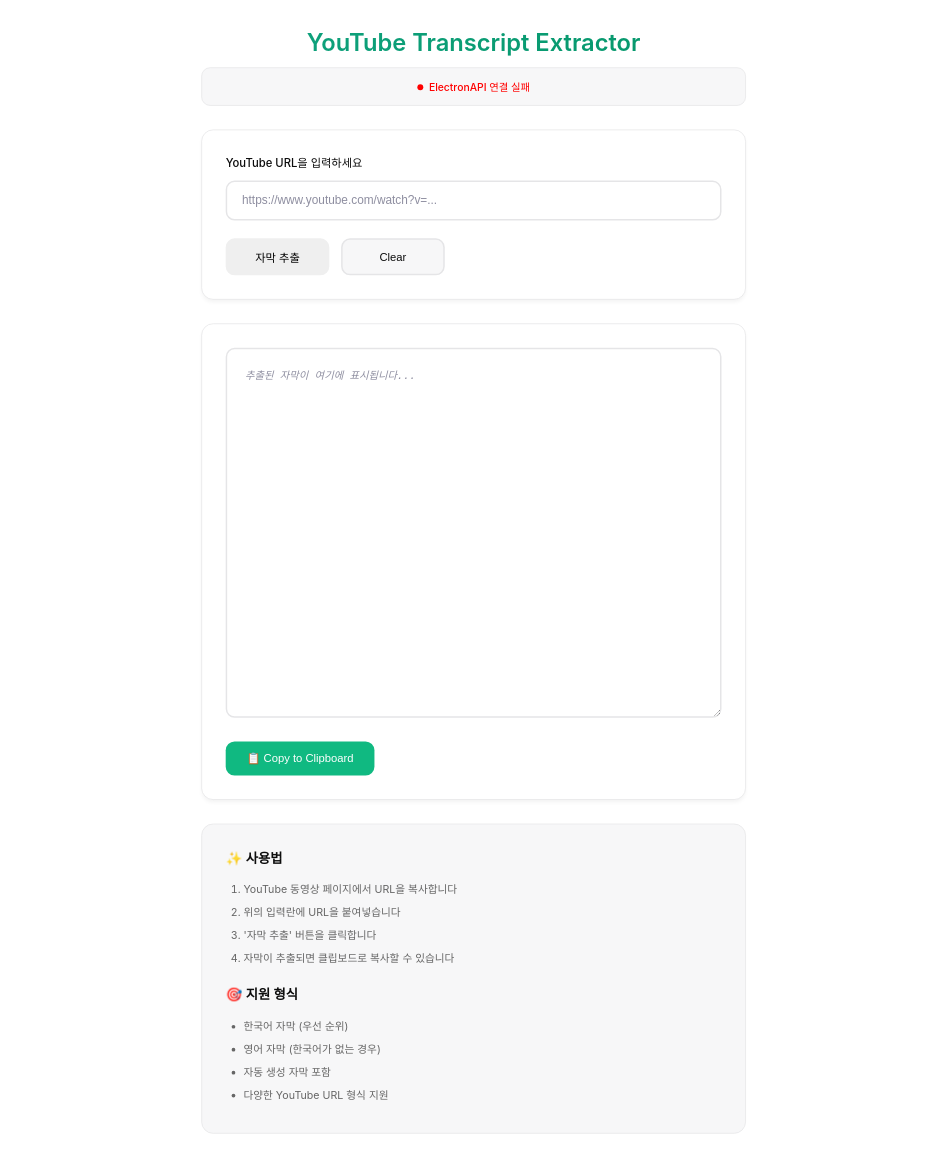
Repository: jaeu-choi/yt-transcript-extract
Page: Frontend/index.html
The author's editor kept a copy of each file at every save. The page is drawn from the files as they stood at one save, then again after the next save.
The browser window is 1280 px wide. The pictures show the whole page, at 74% of full size.

Above is the page before, as saved 2025-06-18 13:51:41.
Console error: TypeError: Cannot read properties of null (reading 'addEventListener')

### Frontend/index.html
<!DOCTYPE html>
<html lang="ko">
  <head>
    <meta charset="UTF-8" />
    <meta name="viewport" content="width=device-width, initial-scale=1.0" />
    <title>YouTube Transcript Extractor</title>
    <link rel="stylesheet" href="index.css" />
  </head>
  <body>
    <div class="container">
      <h1>YouTube Transcript Extractor</h1>

      <!-- 서버 상태 표시 -->
      <div class="status-bar">
        <span id="server-status" style="color: orange"> 서버 연결 중... </span>
      </div>

      <div class="input-section">
        <label for="url-input-form">YouTube URL을 입력하세요</label>
        <input
          type="url"
          id="url-input-form"
          placeholder="https://www.youtube.com/watch?v=..."
          required
        />
        <div class="button-group">
          <button id="submit-btn">자막 추출</button>
          <button id="clear-btn">Clear</button>
        </div>
      </div>

      <!-- 로딩 표시 -->
      <div id="loading" style="display: none">
        <div class="loading-spinner"></div>
        <p>자막을 추출하고 있습니다. 잠시만 기다려주세요...</p>
      </div>

      <!-- 결과 표시 -->
      <div id="result">
        <textarea
          id="codeArea"
          rows="20"
          cols="100"
          placeholder="추출된 자막이 여기에 표시됩니다..."
        ></textarea>
        <button onclick="copyToClipboard()">📋 Copy to Clipboard</button>
      </div>

      <!-- 사용법 안내 -->
      <div class="help-section">
        <h3>✨ 사용법</h3>
        <ol>
          <li>YouTube 동영상 페이지에서 URL을 복사합니다</li>
          <li>위의 입력란에 URL을 붙여넣습니다</li>
          <li>'자막 추출' 버튼을 클릭합니다</li>
          <li>자막이 추출되면 클립보드로 복사할 수 있습니다</li>
        </ol>

        <h3>🎯 지원 형식</h3>
        <ul>
          <li>한국어 자막 (우선 순위)</li>
          <li>영어 자막 (한국어가 없는 경우)</li>
          <li>자동 생성 자막 포함</li>
          <li>다양한 YouTube URL 형식 지원</li>
        </ul>
      </div>
    </div>

    <script src="index.js"></script>
  </body>
</html>

### Frontend/index.css
/* ChatGPT 스타일 CSS */
:root {
  /* Light theme colors */
  --bg-primary: #ffffff;
  --bg-secondary: #f7f7f8;
  --bg-tertiary: #ffffff;
  --text-primary: #0d0d0d;
  --text-secondary: #666666;
  --text-muted: #8e8ea0;
  --border-color: #e5e5e7;
  --accent-color: #10a37f;
  --accent-hover: #0d8b6d;
  --danger-color: #ef4444;
  --warning-color: #f59e0b;
  --success-color: #10b981;
  --info-color: #3b82f6;
  --shadow: rgba(0, 0, 0, 0.05);
  --shadow-hover: rgba(0, 0, 0, 0.1);
}

@media (prefers-color-scheme: dark) {
  :root {
    --bg-primary: #212121;
    --bg-secondary: #2f2f2f;
    --bg-tertiary: #424242;
    --text-primary: #ececf1;
    --text-secondary: #c5c5d2;
    --text-muted: #8e8ea0;
    --border-color: #4d4d4f;
    --accent-color: #10a37f;
    --accent-hover: #0ea270;
    --shadow: rgba(0, 0, 0, 0.3);
    --shadow-hover: rgba(0, 0, 0, 0.4);
  }
}

* {
  margin: 0;
  padding: 0;
  box-sizing: border-box;
}

body {
  font-family: -apple-system, BlinkMacSystemFont, "Segoe UI", "Roboto",
    sans-serif;
  background: var(--bg-primary);
  color: var(--text-primary);
  line-height: 1.6;
  transition: all 0.3s ease;
  min-height: 100vh;
}

.container {
  max-width: 800px;
  margin: 0 auto;
  padding: 2rem;
  min-height: 100vh;
  display: flex;
  flex-direction: column;
}

/* Header */
h1 {
  font-size: 2rem;
  font-weight: 600;
  text-align: center;
  margin-bottom: 0.5rem;
  background: linear-gradient(135deg, var(--accent-color), #059669);
  -webkit-background-clip: text;
  -webkit-text-fill-color: transparent;
  background-clip: text;
}

/* Status Bar */
.status-bar {
  text-align: center;
  margin-bottom: 2rem;
  padding: 0.75rem;
  background: var(--bg-secondary);
  border-radius: 12px;
  border: 1px solid var(--border-color);
}

#server-status {
  font-size: 0.875rem;
  font-weight: 500;
  display: inline-flex;
  align-items: center;
  gap: 0.5rem;
}

#server-status::before {
  content: "";
  width: 8px;
  height: 8px;
  border-radius: 50%;
  background: currentColor;
  display: inline-block;
}

/* Input Section */
.input-section {
  background: var(--bg-tertiary);
  padding: 2rem;
  border-radius: 16px;
  border: 1px solid var(--border-color);
  box-shadow: 0 4px 6px -1px var(--shadow);
  margin-bottom: 2rem;
  transition: all 0.3s ease;
}

.input-section:hover {
  box-shadow: 0 8px 15px -3px var(--shadow-hover);
}

label {
  display: block;
  font-weight: 500;
  margin-bottom: 0.75rem;
  color: var(--text-primary);
  font-size: 0.95rem;
}

#url-input-form {
  width: 100%;
  padding: 1rem 1.25rem;
  border: 2px solid var(--border-color);
  border-radius: 12px;
  font-size: 1rem;
  background: var(--bg-primary);
  color: var(--text-primary);
  transition: all 0.3s ease;
  margin-bottom: 1.5rem;
  outline: none;
}

#url-input-form:focus {
  border-color: var(--accent-color);
  box-shadow: 0 0 0 3px rgba(16, 163, 127, 0.1);
}

#url-input-form::placeholder {
  color: var(--text-muted);
}

/* Language Selection Section */
#language-selection {
  margin-top: 2rem;
  padding-top: 2rem;
  border-top: 1px solid var(--border-color);
  animation: slideIn 0.3s ease-out;
}

@keyframes slideIn {
  from {
    opacity: 0;
    transform: translateY(-10px);
  }
  to {
    opacity: 1;
    transform: translateY(0);
  }
}

#language-select {
  width: 100%;
  padding: 1rem 1.25rem;
  border: 2px solid var(--border-color);
  border-radius: 12px;
  font-size: 1rem;
  background: var(--bg-primary);
  color: var(--text-primary);
  transition: all 0.3s ease;
  margin-bottom: 1rem;
  outline: none;
  cursor: pointer;
}

#language-select:focus {
  border-color: var(--accent-color);
  box-shadow: 0 0 0 3px rgba(16, 163, 127, 0.1);
}

#language-select option {
  background: var(--bg-primary);
  color: var(--text-primary);
  padding: 0.5rem;
}

/* Button Styles */
.button-group {
  display: flex;
  gap: 1rem;
  flex-wrap: wrap;
}

button {
  padding: 0.875rem 1.75rem;
  border: none;
  border-radius: 12px;
  font-size: 0.95rem;
  font-weight: 500;
  cursor: pointer;
  transition: all 0.3s ease;
  outline: none;
  position: relative;
  overflow: hidden;
  min-width: 140px;
}

#check-languages-btn {
  background: var(--info-color);
  color: white;
  flex: 1;
}

#check-languages-btn:hover:not(:disabled) {
  background: #2563eb;
  transform: translateY(-1px);
  box-shadow: 0 4px 12px rgba(59, 130, 246, 0.3);
}

#check-languages-btn:disabled {
  background: var(--text-muted);
  cursor: not-allowed;
  transform: none;
  box-shadow: none;
}

#extract-btn {
  background: var(--accent-color);
  color: white;
  flex: 1;
}

#extract-btn:hover:not(:disabled) {
  background: var(--accent-hover);
  transform: translateY(-1px);
  box-shadow: 0 4px 12px rgba(16, 163, 127, 0.3);
}

#extract-btn:disabled {
  background: var(--text-muted);
  cursor: not-allowed;
  transform: none;
  box-shadow: none;
}

#clear-btn {
  background: var(--bg-secondary);
  color: var(--text-primary);
  border: 2px solid var(--border-color);
}

#clear-btn:hover {
  background: var(--border-color);
  transform: translateY(-1px);
}

/* Loading */
#loading {
  text-align: center;
  padding: 3rem 2rem;
  background: var(--bg-tertiary);
  border-radius: 16px;
  border: 1px solid var(--border-color);
  margin-bottom: 2rem;
}

.loading-spinner {
  width: 32px;
  height: 32px;
  border: 3px solid var(--border-color);
  border-top: 3px solid var(--accent-color);
  border-radius: 50%;
  animation: spin 1s linear infinite;
  margin: 0 auto 1rem;
}

@keyframes spin {
  0% {
    transform: rotate(0deg);
  }
  100% {
    transform: rotate(360deg);
  }
}

#loading p {
  color: var(--text-secondary);
  font-size: 0.95rem;
}

/* Result Section */
#result {
  background: var(--bg-tertiary);
  padding: 2rem;
  border-radius: 16px;
  border: 1px solid var(--border-color);
  box-shadow: 0 4px 6px -1px var(--shadow);
  margin-bottom: 2rem;
  flex: 1;
}

#result-header {
  margin-bottom: 1.5rem;
  padding-bottom: 1rem;
  border-bottom: 1px solid var(--border-color);
}

#result-header h3 {
  font-size: 1.25rem;
  font-weight: 600;
  margin-bottom: 0.5rem;
  color: var(--text-primary);
}

#current-language {
  font-size: 0.875rem;
  color: var(--text-secondary);
  background: var(--bg-secondary);
  padding: 0.5rem 1rem;
  border-radius: 8px;
  display: inline-block;
}

#codeArea {
  width: 100%;
  min-height: 300px;
  padding: 1.5rem;
  border: 2px solid var(--border-color);
  border-radius: 12px;
  font-family: "SF Mono", Monaco, "Cascadia Code", "Roboto Mono", Consolas,
    "Courier New", monospace;
  font-size: 0.875rem;
  line-height: 1.6;
  background: var(--bg-primary);
  color: var(--text-primary);
  resize: vertical;
  outline: none;
  transition: all 0.3s ease;
  margin-bottom: 1.5rem;
}

#codeArea:focus {
  border-color: var(--accent-color);
  box-shadow: 0 0 0 3px rgba(16, 163, 127, 0.1);
}

#codeArea::placeholder {
  color: var(--text-muted);
  font-style: italic;
}

/* Copy Button */
button[onclick="copyToClipboard()"] {
  background: var(--success-color);
  color: white;
  width: auto;
  min-width: 160px;
}

button[onclick="copyToClipboard()"]:hover {
  background: #059669;
  transform: translateY(-1px);
  box-shadow: 0 4px 12px rgba(16, 185, 129, 0.3);
}

/* Help Section */
.help-section {
  background: var(--bg-secondary);
  padding: 2rem;
  border-radius: 16px;
  border: 1px solid var(--border-color);
  margin-top: auto;
}

.help-section h3 {
  font-size: 1.125rem;
  font-weight: 600;
  margin-bottom: 1rem;
  color: var(--text-primary);
}

.help-section ol {
  margin-left: 1.5rem;
  margin-bottom: 1.5rem;
}

.help-section ul {
  margin-left: 1.5rem;
}

.help-section li {
  margin-bottom: 0.5rem;
  color: var(--text-secondary);
  font-size: 0.9rem;
}

/* Responsive */
@media (max-width: 640px) {
  .container {
    padding: 1rem;
  }

  h1 {
    font-size: 1.75rem;
  }

  .input-section,
  #result,
  .help-section {
    padding: 1.5rem;
  }

  .button-group {
    flex-direction: column;
  }

  button {
    width: 100%;
  }
}

/* Smooth transitions */
* {
  transition: background-color 0.3s ease, border-color 0.3s ease,
    color 0.3s ease;
}

/* Focus styles for accessibility */
button:focus-visible,
input:focus-visible,
textarea:focus-visible,
select:focus-visible {
  outline: 2px solid var(--accent-color);
  outline-offset: 2px;
}

/* Selection colors */
::selection {
  background: rgba(16, 163, 127, 0.2);
  color: var(--text-primary);
}

### Frontend/index.js
let currentServerPort = null;
let isServerReady = false;
let availableLanguages = [];
let currentVideoUrl = "";

// 로딩 상태 표시/숨김
function showLoading(
  show,
  message = "자막을 추출하고 있습니다. 잠시만 기다려주세요..."
) {
  const loading = document.getElementById("loading");
  const loadingMessage = document.getElementById("loading-message");
  if (show) {
    loading.style.display = "block";
    loadingMessage.textContent = message;
  } else {
    loading.style.display = "none";
  }
}

// 서버 상태 업데이트
function updateServerStatus(message, color) {
  const statusElement = document.getElementById("server-status");
  statusElement.textContent = message;
  statusElement.style.color = color;
}

// 버튼 상태 업데이트
function updateButtonState(buttonId, enabled, text) {
  const btn = document.getElementById(buttonId);
  if (btn) {
    btn.disabled = !enabled;
    btn.textContent = text;
  }
}

// 언어 선택 섹션 표시/숨김
function showLanguageSelection(show) {
  const languageSection = document.getElementById("language-selection");
  if (show) {
    languageSection.style.display = "block";
  } else {
    languageSection.style.display = "none";
  }
}

// 결과 헤더 업데이트
function updateResultHeader(show, languageName = "") {
  const resultHeader = document.getElementById("result-header");
  const currentLanguage = document.getElementById("current-language");

  if (show && languageName) {
    resultHeader.style.display = "block";
    currentLanguage.textContent = `언어: ${languageName}`;
  } else {
    resultHeader.style.display = "none";
  }
}

// 언어 선택 드롭다운 업데이트
function updateLanguageSelect(languages) {
  const select = document.getElementById("language-select");
  const extractBtn = document.getElementById("extract-btn");

  // 기존 옵션 제거 (첫 번째 기본 옵션 제외)
  while (select.children.length > 1) {
    select.removeChild(select.lastChild);
  }

  // 새 언어 옵션 추가
  languages.forEach((lang) => {
    const option = document.createElement("option");
    option.value = lang.code;
    option.textContent = lang.display_name;
    select.appendChild(option);
  });

  // 언어 선택 변경 이벤트
  select.onchange = function () {
    extractBtn.disabled = !this.value;
  };

  availableLanguages = languages;
  showLanguageSelection(true);
}

// 서버 포트 설정 함수
function setServerPort(port) {
  currentServerPort = port;
  isServerReady = true;
  console.log(`🔗 Server port set to: ${port}`);

  updateServerStatus(`서버 연결됨 (포트: ${port})`, "green");
  updateButtonState("check-languages-btn", true, "언어 확인");
}

// Electron API 확인 및 설정
if (typeof window.electronAPI !== "undefined") {
  console.log("✅ ElectronAPI available");

  // 서버 포트 정보 수신
  window.electronAPI.onServerPort((port) => {
    setServerPort(port);
  });

  // 페이지 로드 후 서버 포트 요청
  window.addEventListener("load", () => {
    console.log("🌐 Page loaded, requesting server port...");
    setTimeout(() => {
      window.electronAPI.requestServerPort();
    }, 500);
  });
} else {
  console.error("❌ ElectronAPI not available");
  updateServerStatus("ElectronAPI 연결 실패", "red");
}

// 서버 연결 상태 확인
async function checkServerConnection() {
  if (!currentServerPort) {
    return false;
  }

  try {
    const controller = new AbortController();
    const timeoutId = setTimeout(() => controller.abort(), 5000);

    const response = await fetch(
      `http://127.0.0.1:${currentServerPort}/health`,
      {
        signal: controller.signal,
        cache: "no-cache",
      }
    );

    clearTimeout(timeoutId);
    return response.ok;
  } catch (error) {
    console.error("Server connection check failed:", error);
    return false;
  }
}

// 사용 가능한 언어 목록 가져오기
async function getAvailableLanguages(url) {
  if (!currentServerPort || !isServerReady) {
    alert("서버가 아직 준비되지 않았습니다. 잠시 후 다시 시도해주세요.");
    return false;
  }

  showLoading(true, "사용 가능한 언어를 확인하고 있습니다...");
  updateServerStatus("언어 목록을 확인하고 있습니다...", "orange");
  updateButtonState("check-languages-btn", false, "확인 중...");

  try {
    const isConnected = await checkServerConnection();
    if (!isConnected) {
      throw new Error(
        "서버에 연결할 수 없습니다. 서버가 실행 중인지 확인해주세요."
      );
    }

    console.log(`📡 Getting languages for: ${url}`);

    const controller = new AbortController();
    const timeoutId = setTimeout(() => controller.abort(), 15000);

    const response = await fetch(
      `http://127.0.0.1:${currentServerPort}/get-languages`,
      {
        method: "POST",
        headers: {
          "Content-Type": "application/json",
          Accept: "application/json",
        },
        body: JSON.stringify({ target_url: url }),
        signal: controller.signal,
      }
    );

    clearTimeout(timeoutId);

    if (!response.ok) {
      const errorText = await response.text();
      throw new Error(`HTTP 오류 ${response.status}: ${errorText}`);
    }

    const data = await response.json();
    console.log("사용 가능한 언어:", data);

    if (data.languages && data.languages.length > 0) {
      updateLanguageSelect(data.languages);
      updateServerStatus(
        "언어 목록을 가져왔습니다. 언어를 선택해주세요.",
        "green"
      );
      return true;
    } else {
      throw new Error("사용 가능한 한국어 또는 영어 자막이 없습니다.");
    }
  } catch (error) {
    console.error("언어 목록 가져오기 오류:", error);

    let errorMessage = error.message;
    if (error.name === "AbortError") {
      errorMessage = "요청 시간이 초과되었습니다. 다시 시도해주세요.";
    }

    alert(`오류가 발생했습니다: ${errorMessage}`);
    updateServerStatus(`오류: ${errorMessage}`, "red");
    return false;
  } finally {
    showLoading(false);
    updateButtonState("check-languages-btn", true, "언어 확인");
  }
}

// 선택된 언어로 자막 추출
async function extractSubtitles() {
  const languageSelect = document.getElementById("language-select");
  const selectedLanguage = languageSelect.value;

  if (!selectedLanguage) {
    alert("언어를 선택해주세요.");
    return;
  }

  if (!currentVideoUrl) {
    alert("URL을 다시 확인해주세요.");
    return;
  }

  const selectedLangInfo = availableLanguages.find(
    (lang) => lang.code === selectedLanguage
  );

  showLoading(
    true,
    `${selectedLangInfo.display_name} 자막을 추출하고 있습니다...`
  );
  updateServerStatus("자막을 추출하고 있습니다...", "orange");
  updateButtonState("extract-btn", false, "추출 중...");

  try {
    const isConnected = await checkServerConnection();
    if (!isConnected) {
      throw new Error(
        "서버에 연결할 수 없습니다. 서버가 실행 중인지 확인해주세요."
      );
    }

    console.log(`📡 Extracting subtitles for language: ${selectedLanguage}`);

    const controller = new AbortController();
    const timeoutId = setTimeout(() => controller.abort(), 30000);

    const response = await fetch(
      `http://127.0.0.1:${currentServerPort}/submit-url`,
      {
        method: "POST",
        headers: {
          "Content-Type": "application/json",
          Accept: "application/json",
        },
        body: JSON.stringify({
          target_url: currentVideoUrl,
          format: "json",
          language_code: selectedLanguage,
        }),
        signal: controller.signal,
      }
    );

    clearTimeout(timeoutId);

    if (!response.ok) {
      const errorText = await response.text();
      throw new Error(`HTTP 오류 ${response.status}: ${errorText}`);
    }

    const data = await response.json();
    console.log("서버 응답:", data);

    const textBox = document.getElementById("codeArea");
    if (data.subTitles) {
      textBox.value = data.subTitles;
      updateResultHeader(true, selectedLangInfo.display_name);
      updateServerStatus("자막 추출 완료!", "green");
    } else if (data.error) {
      textBox.value = `오류: ${data.error}`;
      updateResultHeader(false);
      updateServerStatus(`오류: ${data.error}`, "red");
    } else {
      textBox.value = "자막을 찾을 수 없습니다.";
      updateResultHeader(false);
      updateServerStatus("자막을 찾을 수 없습니다.", "orange");
    }
  } catch (error) {
    console.error("자막 추출 오류:", error);

    let errorMessage = error.message;
    if (error.name === "AbortError") {
      errorMessage = "요청 시간이 초과되었습니다. 다시 시도해주세요.";
    }

    alert(`오류가 발생했습니다: ${errorMessage}`);
    updateServerStatus(`오류: ${errorMessage}`, "red");
    updateResultHeader(false);

    const textBox = document.getElementById("codeArea");
    textBox.value = `오류가 발생했습니다:\n${errorMessage}\n\n언어: ${selectedLanguage}\n시간: ${new Date().toLocaleString()}`;
  } finally {
    showLoading(false);
    updateButtonState("extract-btn", true, "자막 추출");
  }
}

// 언어 확인 버튼 이벤트 리스너
document
  .getElementById("check-languages-btn")
  .addEventListener("click", async function (event) {
    event.preventDefault();

    const url = document.getElementById("url-input-form").value.trim();
    if (!url) {
      alert("유튜브 URL을 입력해주세요.");
      return;
    }

    // 간단한 YouTube URL 검증
    if (!url.includes("youtube.com/watch") && !url.includes("youtu.be/")) {
      alert("올바른 유튜브 URL을 입력해주세요.");
      return;
    }

    currentVideoUrl = url;
    await getAvailableLanguages(url);
  });

// 자막 추출 버튼 이벤트 리스너
document
  .getElementById("extract-btn")
  .addEventListener("click", async function (event) {
    event.preventDefault();
    await extractSubtitles();
  });

// 클립보드 복사 함수
function copyToClipboard() {
  const textarea = document.getElementById("codeArea");
  if (!textarea.value) {
    alert("복사할 텍스트가 없습니다.");
    return;
  }

  textarea.select();
  document.execCommand("copy");
  alert("클립보드에 복사되었습니다!");
}

// 초기화 함수
document.getElementById("clear-btn").addEventListener("click", () => {
  document.getElementById("url-input-form").value = "";
  document.getElementById("codeArea").value = "";
  showLanguageSelection(false);
  updateResultHeader(false);
  currentVideoUrl = "";
  availableLanguages = [];

  // 언어 선택 초기화
  const languageSelect = document.getElementById("language-select");
  languageSelect.selectedIndex = 0;
  updateButtonState("extract-btn", false, "자막 추출");

  if (isServerReady) {
    updateServerStatus(`서버 연결됨 (포트: ${currentServerPort})`, "green");
  } else {
    updateServerStatus("서버 연결 중...", "orange");
    if (window.electronAPI) {
      window.electronAPI.requestServerPort();
    }
  }
});

// 페이지 로드 시 초기화
window.addEventListener("load", () => {
  console.log("🌐 Page loaded, initializing...");
  updateServerStatus("서버 연결 중...", "orange");
  updateButtonState("check-languages-btn", false, "서버 대기 중...");
  updateButtonState("extract-btn", false, "자막 추출");

  // 주기적으로 서버 상태 확인 (10초마다)
  setInterval(async () => {
    if (currentServerPort && isServerReady) {
      const isConnected = await checkServerConnection();
      if (!isConnected) {
        console.warn("⚠️ Server connection lost");
        updateServerStatus(
          `서버 연결 끊김 (포트: ${currentServerPort})`,
          "red"
        );
        updateButtonState("check-languages-btn", false, "서버 연결 끊김");
        isServerReady = false;

        if (window.electronAPI) {
          window.electronAPI.requestServerPort();
        }
      }
    }
  }, 10000);

  // 10초 후에도 서버 정보가 없으면 재시도
  setTimeout(() => {
    if (!currentServerPort) {
      updateServerStatus("서버 연결 실패 - 다시 시도 중...", "red");
      if (window.electronAPI) {
        window.electronAPI.requestServerPort();
      }
    }
  }, 10000);

  // 20초 후에도 안되면 최종 에러
  setTimeout(() => {
    if (!currentServerPort) {
      updateServerStatus("서버 연결 실패 - 앱을 재시작해주세요", "red");
      updateButtonState("check-languages-btn", false, "서버 연결 실패");
    }
  }, 20000);
});

// 디버깅용 정보 표시
console.log("Frontend loaded. Waiting for server port...");

// 전역 함수로 export (HTML에서 사용)
window.copyToClipboard = copyToClipboard;

After the next save:
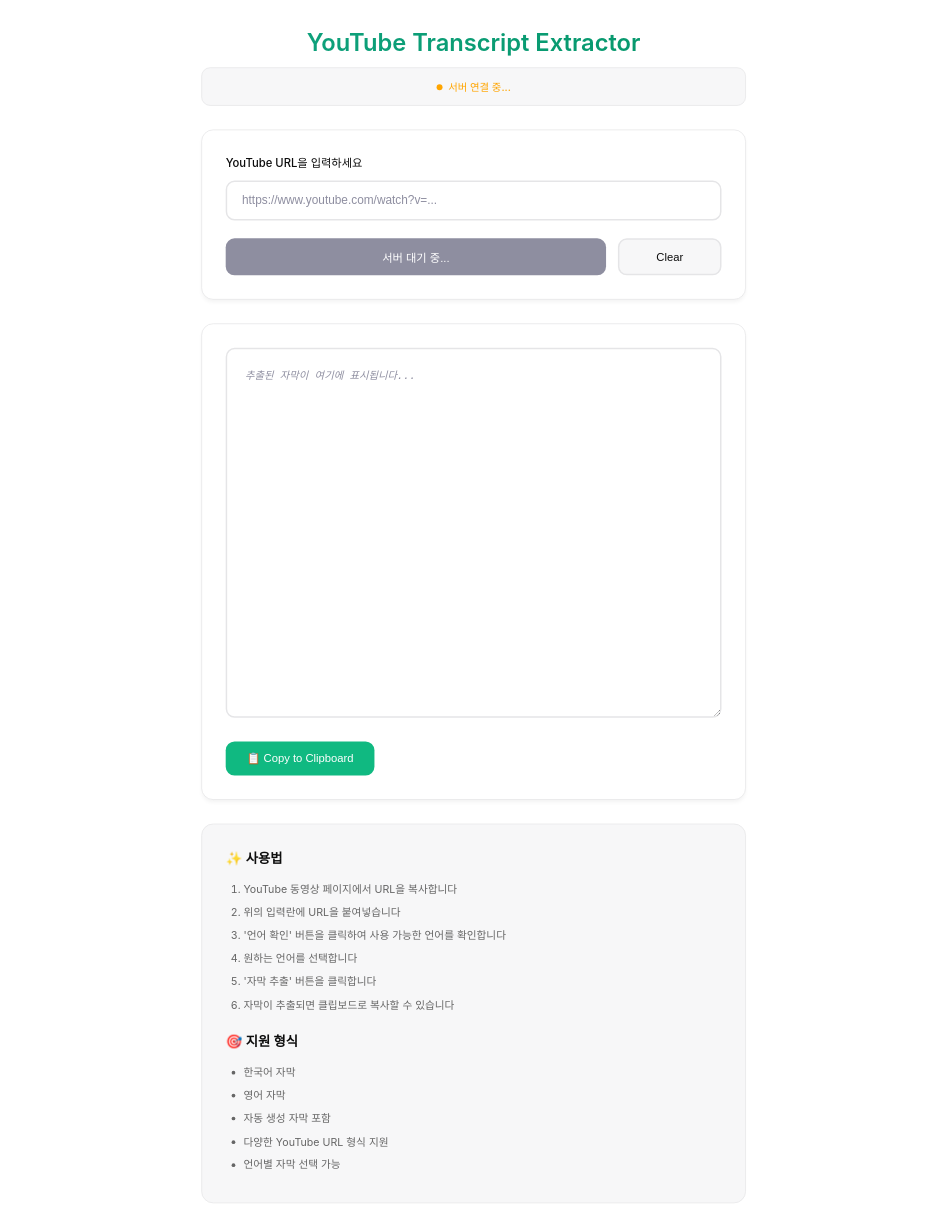
The error is gone.
Saved 12 s later.
--- a/Frontend/index.html
+++ b/Frontend/index.html
@@ -24,19 +24,36 @@
           required
         />
         <div class="button-group">
-          <button id="submit-btn">자막 추출</button>
+          <button id="check-languages-btn">언어 확인</button>
           <button id="clear-btn">Clear</button>
+        </div>
+
+        <!-- 언어 선택 섹션 -->
+        <div id="language-selection" style="display: none">
+          <label for="language-select">자막 언어를 선택하세요</label>
+          <select id="language-select">
+            <option value="">언어를 선택하세요</option>
+          </select>
+          <div class="button-group" style="margin-top: 1rem">
+            <button id="extract-btn" disabled>자막 추출</button>
+          </div>
         </div>
       </div>
 
       <!-- 로딩 표시 -->
       <div id="loading" style="display: none">
         <div class="loading-spinner"></div>
-        <p>자막을 추출하고 있습니다. 잠시만 기다려주세요...</p>
+        <p id="loading-message">
+          자막을 추출하고 있습니다. 잠시만 기다려주세요...
+        </p>
       </div>
 
       <!-- 결과 표시 -->
       <div id="result">
+        <div id="result-header" style="display: none">
+          <h3>추출된 자막</h3>
+          <p id="current-language"></p>
+        </div>
         <textarea
           id="codeArea"
           rows="20"
@@ -52,16 +69,19 @@
         <ol>
           <li>YouTube 동영상 페이지에서 URL을 복사합니다</li>
           <li>위의 입력란에 URL을 붙여넣습니다</li>
+          <li>'언어 확인' 버튼을 클릭하여 사용 가능한 언어를 확인합니다</li>
+          <li>원하는 언어를 선택합니다</li>
           <li>'자막 추출' 버튼을 클릭합니다</li>
           <li>자막이 추출되면 클립보드로 복사할 수 있습니다</li>
         </ol>
 
         <h3>🎯 지원 형식</h3>
         <ul>
-          <li>한국어 자막 (우선 순위)</li>
-          <li>영어 자막 (한국어가 없는 경우)</li>
+          <li>한국어 자막</li>
+          <li>영어 자막</li>
           <li>자동 생성 자막 포함</li>
           <li>다양한 YouTube URL 형식 지원</li>
+          <li>언어별 자막 선택 가능</li>
         </ul>
       </div>
     </div>
